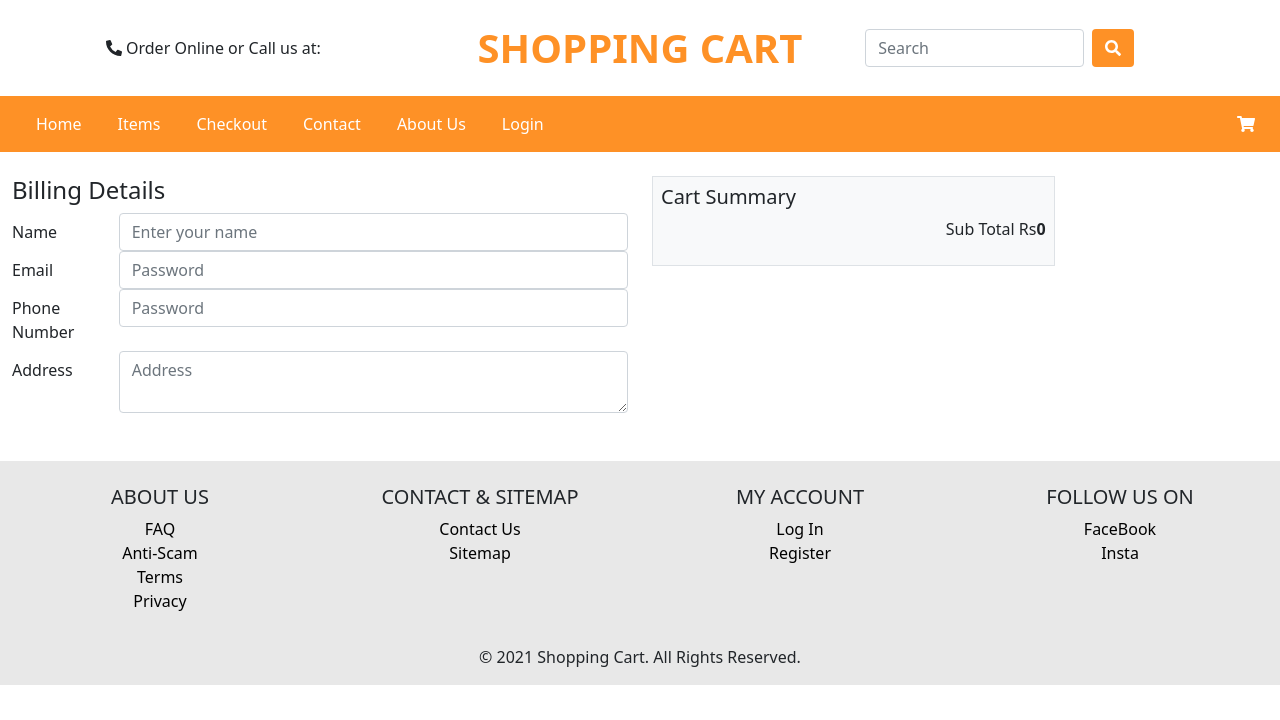
Repository: SaudCh/React-Ecommerce
Page: /checkout
The author's editor kept a copy of each file at every save. The page is drawn from the files as they stood at one save, then again after the next save.
The browser window is 1280 px wide. The pictures show the whole page.
The project was rebuilt for these pictures with package versions that can differ from the ones it lists, and the page was loaded fresh each time. Also part of the build but not shown: src/App.css, src/Home/Carousel.jsx, src/data/items.js, src/data/discounted.js, src/Home/Card.jsx, src/Home/home.jsx, src/Login/Login.jsx, src/Register/register.jsx and 5 more.

Above is the page before, as saved 2021-12-27 22:26:52.

After the next save:
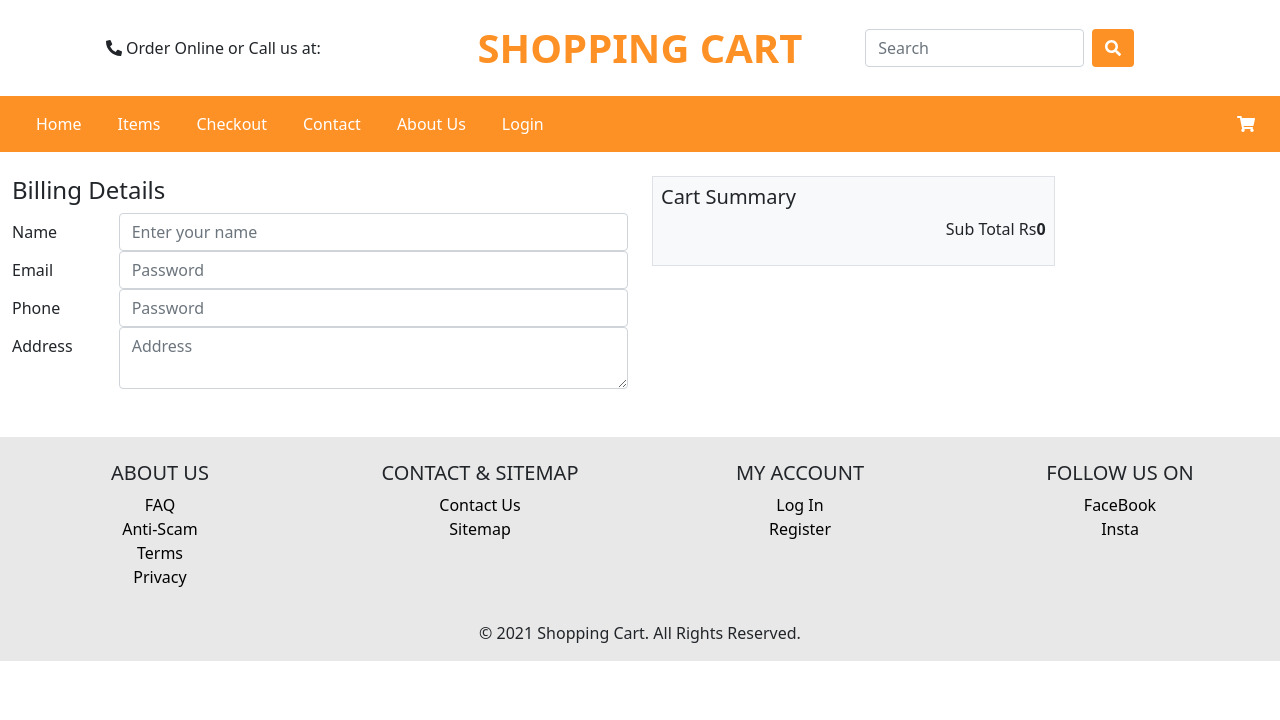
Saved 6 s later.
--- a/src/CheckOut/CheckOut.jsx
+++ b/src/CheckOut/CheckOut.jsx
@@ -42,7 +42,7 @@ export default function CheckOut(props) {
             </div>
             <div class="form-group row">
               <label for="inputPassword" class="col-sm-2 col-form-label">
-                Phone Number
+                Phone
               </label>
               <div class="col-sm-10">
                 <input
